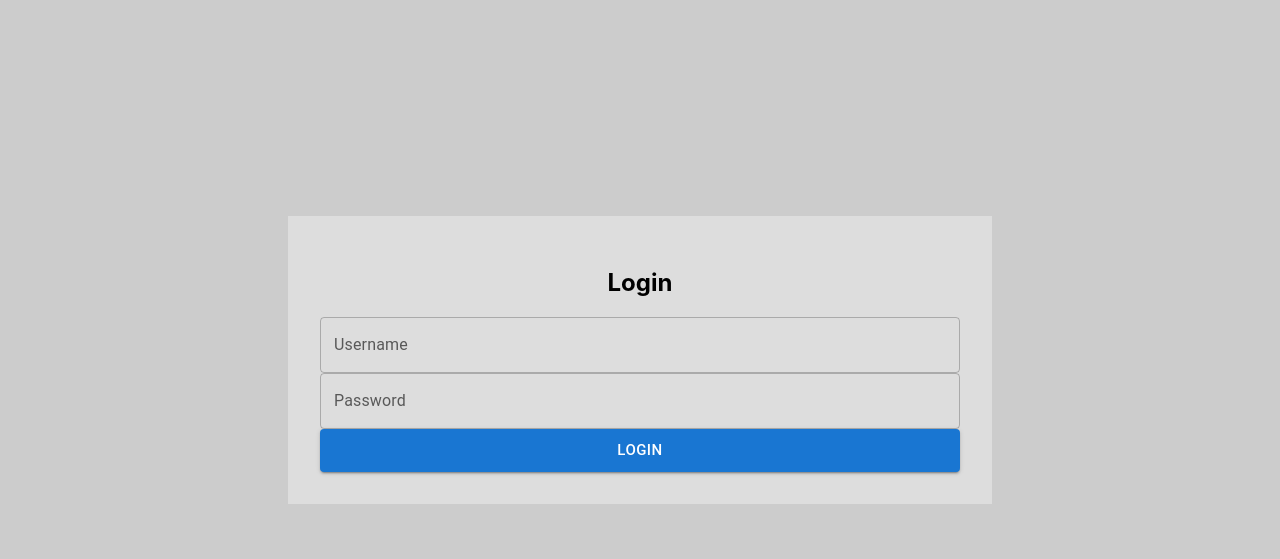
Repository: devhalo21028/learn-react
Page: /login (app in end-to-end-test/my-app/)
An editor plug-in stored every save of this project. The page is shown before and after the next save, followed by the edit.
The browser window is 1280 px wide. The pictures show the whole page.
The project was rebuilt for these pictures with package versions that can differ from the ones it lists, and the page was loaded fresh each time. Also part of the build but not shown: end-to-end-test/my-app/src/general/components/Welcome/Welcome.tsx, end-to-end-test/my-app/src/auth/hooks/useAuth.ts, end-to-end-test/my-app/src/auth/components/RequireAuth/RequireAuth.tsx.

Above is the page before, as saved 2022-01-17 15:25:32.

### end-to-end-test/my-app/src/index.tsx
import React from 'react';
import ReactDOM from 'react-dom';
import { BrowserRouter } from 'react-router-dom';
import App from './App';
import reportWebVitals from './reportWebVitals';

import './index.css';

ReactDOM.render(
  <React.StrictMode>
    <BrowserRouter>
      <App />
    </BrowserRouter>
  </React.StrictMode>,
  document.getElementById('root'),
);

// If you want to start measuring performance in your app, pass a function
// to log results (for example: reportWebVitals(console.log))
// or send to an analytics endpoint. Learn more: https://bit.ly/CRA-vitals
reportWebVitals();

### end-to-end-test/my-app/src/App.tsx
/** @jsxImportSource @emotion/react */

import { Routes, Route } from 'react-router-dom';
import { css } from '@emotion/react';
import Welcome from './general/components/Welcome';
import Login from './auth/components/Login';
import RequireAuth from './auth/components/RequireAuth';

function App() {
  return (
    <div css={css`
      display: flex;
      height: 100%;
    `}
    >
      <Routes>
        <Route
          path="/"
          element={(
            <RequireAuth>
              <Welcome />
            </RequireAuth>
          )}
        />
        <Route path="/login" element={<Login />} />
      </Routes>
    </div>
  );
}

export default App;

### end-to-end-test/my-app/src/index.css
html, body {
  min-height: 100%;
}

body {
  margin: 0;
  font-family: -apple-system, BlinkMacSystemFont, 'Segoe UI', 'Roboto', 'Oxygen',
    'Ubuntu', 'Cantarell', 'Fira Sans', 'Droid Sans', 'Helvetica Neue',
    sans-serif;
  -webkit-font-smoothing: antialiased;
  -moz-osx-font-smoothing: grayscale;
}

code {
  font-family: source-code-pro, Menlo, Monaco, Consolas, 'Courier New',
    monospace;
}

#root {
  position: absolute;
  top: 0;
  left: 0;
  width: 100%;
  height: 100%;
}

### end-to-end-test/my-app/src/auth/components/RequireAuth/index.ts
export { default } from './RequireAuth';

### end-to-end-test/my-app/src/auth/components/Login/Login.tsx
/** @jsxImportSource @emotion/react */

import { css } from '@emotion/react';
import LoginForm from './LoginForm';

function Login() {
  return (
    <section
      css={css`
        background: #ccc;
        display: flex;
        flex: 1;
        align-items: center;
        justify-content: center;
      `}
    >
      <div
        css={css`
          background: #ddd;
          padding: 2rem;
          min-width: 40rem;
        `}
      >
        <h1
          css={css`
            text-align: center;
          `}
        >
          Login
        </h1>
        <LoginForm />
      </div>
    </section>
  );
}

export default Login;

### end-to-end-test/my-app/src/auth/components/Login/LoginForm/LoginForm.tsx
/** @jsxImportSource @emotion/react */

import { css } from '@emotion/react';
import { Button, TextField } from '@mui/material';

export default function LoginForm() {
  return (
    <form
      css={css`
            display: flex;
            flex-direction: column;

          `}
    >
      <TextField
        variant="outlined"
        label="Username"
      />
      <TextField
        type="password"
        variant="outlined"
        label="Password"
      />
      <Button
        variant="contained"
        size="large"
      >
        Login
      </Button>
    </form>
  );
}

Loaded but not shown: end-to-end-test/my-app/public/index.html (common file); end-to-end-test/my-app/src/reportWebVitals.ts (common file); end-to-end-test/my-app/src/general/components/Welcome/index.ts (common file); end-to-end-test/my-app/src/auth/components/Login/index.ts (common file); end-to-end-test/my-app/src/auth/components/Login/LoginForm/index.ts (common file)

After the next save:
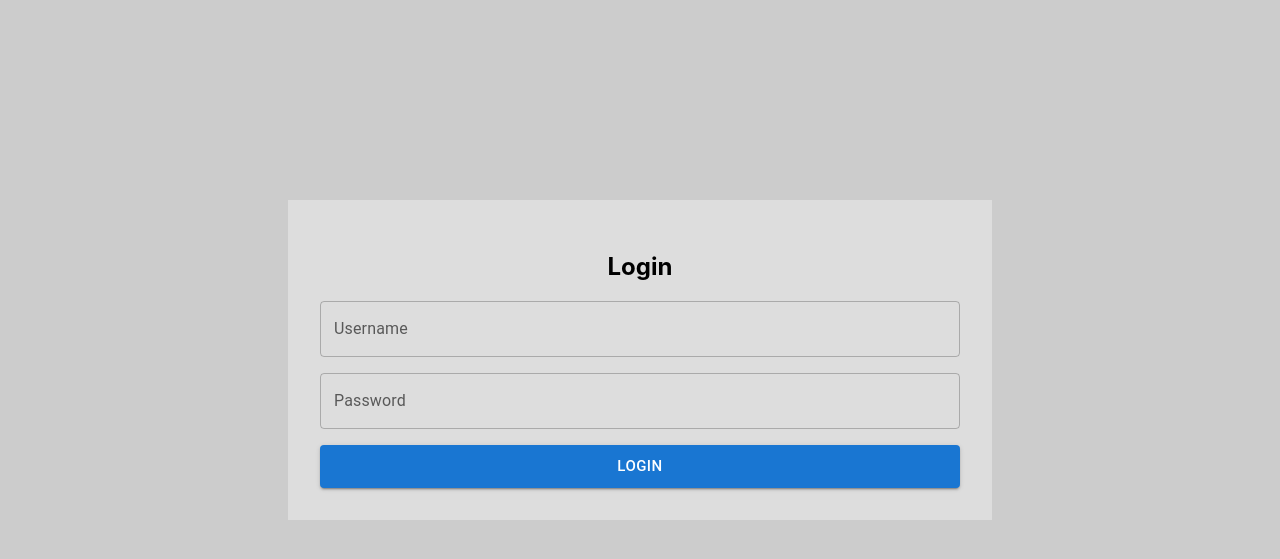
Saved 42 s later.
--- a/end-to-end-test/my-app/src/auth/components/Login/LoginForm/LoginForm.tsx
+++ b/end-to-end-test/my-app/src/auth/components/Login/LoginForm/LoginForm.tsx
@@ -9,7 +9,7 @@ export default function LoginForm() {
       css={css`
             display: flex;
             flex-direction: column;
-
+            row-gap: 1rem;
           `}
     >
       <TextField
